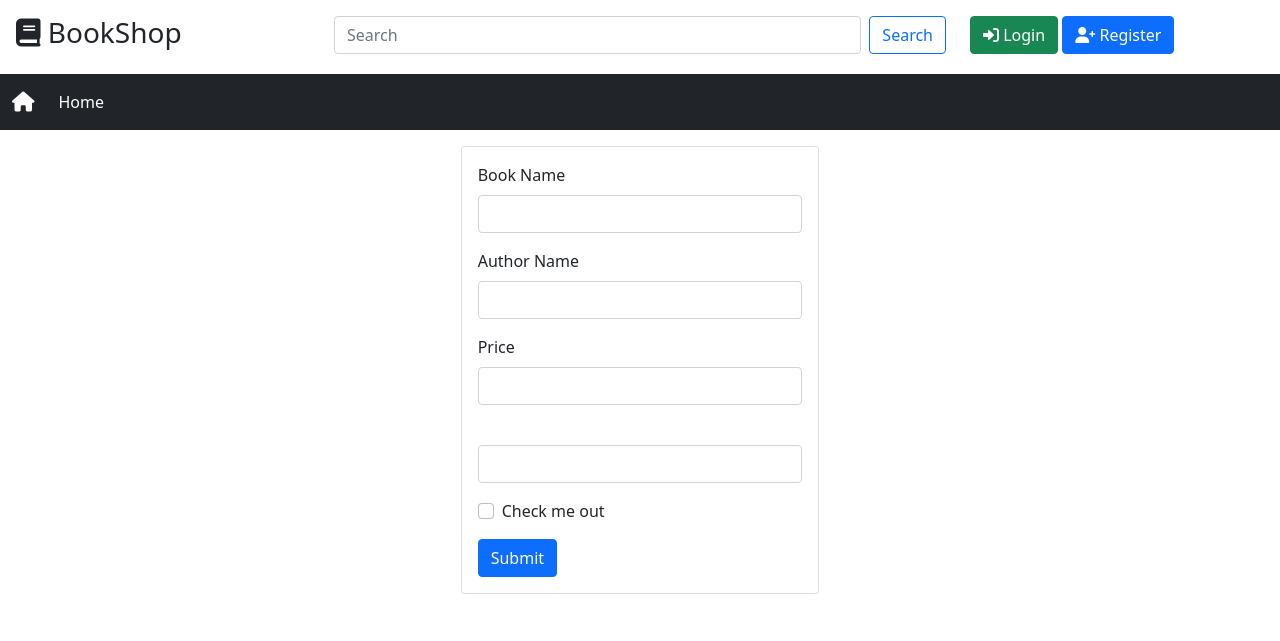
Repository: Abhishekverma23797/BookShopApp
Page: http://localhost/Ebook-App/Admin/add_books.jsp
These files come from the project's save history. The page is drawn as it stood at one moment and after the next save; the edit follows.
The browser window is 1280 px wide. The pictures show the whole page.
The page is served by Tomcat 9. Other server files are loaded and not shown.

Above is the page before, as saved 2021-12-09 09:32:22.

### Ebook-App/src/main/webapp/Admin/add_books.jsp
<%@ page language="java" contentType="text/html; charset=ISO-8859-1"
	pageEncoding="ISO-8859-1"%>
<!DOCTYPE html>
<html>
<head>
<meta charset="ISO-8859-1">
<title>Add Book</title>
<%@include file="AllCss.jsp"%>
</head>
<body>
	<%@include file="navbar.jsp"%>


	<div class="container p-2">
		<div class="row">
			<div class="col-md-4 offset-md-4">
				<div class="card mt-2">

					<div class="card-body">
						<form action="register" method="post">
							<div class="mb-3">
								<label for="exampleInputEmail1" class="form-label">Book Name</label>
								<input type="text" class="form-control" id="exampleInputEmail1"
									aria-describedby="emailHelp" required="required" name="bookname">

							</div>
							<div class="mb-3">
								<label for="exampleInputEmail1" class="form-label">Author Name</label> <input type="text" class="form-control"
									id="exampleInputEmail1" aria-describedby="emailHelp"
									required="required" name="author">

							</div>
							<div class="mb-3">
								<label for="exampleInputEmail1" class="form-label">Price</label>
								<input type="number" class="form-control"
									id="exampleInputEmail1" aria-describedby="emailHelp"
									required="required" name="price">

							</div>
							<div class="mb-3">
								<label for="exampleInputPassword1" class="form-label"></label>
								<input type="password" class="form-control"
									id="exampleInputPassword1" required="required" name="password">
							</div>
							<div class="mb-3 form-check">
								<input type="checkbox" class="form-check-input"
									id="exampleCheck1" name="check"> <label
									class="form-check-label" for="exampleCheck1">Check me
									out</label>
							</div>
							<button type="submit" class="btn btn-primary">Submit</button>
						</form>
					</div>
				</div>

			</div>
		</div>
	</div>
</body>
</html>

### Ebook-App/src/main/webapp/Admin/AllCss.jsp
<!-- CSS only -->
<link
	href="https://cdn.jsdelivr.net/npm/bootstrap@5.1.3/dist/css/bootstrap.min.css"
	rel="stylesheet"
	integrity="sha384-1BmE4kWBq78iYhFldvKuhfTAU6auU8tT94WrHftjDbrCEXSU1oBoqyl2QvZ6jIW3"
	crossorigin="anonymous">


<!-- JavaScript Bundle with Popper -->
<script
	src="https://cdn.jsdelivr.net/npm/bootstrap@5.1.3/dist/js/bootstrap.bundle.min.js"
	integrity="sha384-ka7Sk0Gln4gmtz2MlQnikT1wXgYsOg+OMhuP+IlRH9sENBO0LRn5q+8nbTov4+1p"
	crossorigin="anonymous"></script>


<link rel="stylesheet"
	href="https://cdnjs.cloudflare.com/ajax/libs/font-awesome/6.0.0-beta3/css/all.min.css"
	integrity="sha512-Fo3rlrZj/k7ujTnHg4CGR2D7kSs0v4LLanw2qksYuRlEzO+tcaEPQogQ0KaoGN26/zrn20ImR1DfuLWnOo7aBA=="
	crossorigin="anonymous" referrerpolicy="no-referrer" />

<link rel="stylesheet" href="style.css">

### Ebook-App/src/main/webapp/Admin/navbar.jsp

<div class="container-fluid p-3">


	<div class="row">

		<div class="col-md-3">

			<h3>

				<i class="fas fa-book"></i> BookShop
			</h3>
		</div>

		<div class="col-md-6">
			<form class="d-flex">
				<input class="form-control me-2 my-lg-0" type="search"
					placeholder="Search" aria-label="Search">
				<button class="btn btn-outline-primary" type="submit">Search</button>
			</form>
		</div>

		<div class="col-md-3">

			<a href="Login.jsp" class="btn btn-success "><i
				class="fas fa-sign-in-alt"></i> Login</a> <a href="Register.jsp"
				class="btn btn-primary"><i class="fas fa-user-plus"></i>
				Register</a>

		</div>

	</div>

</div>
<nav class="navbar navbar-expand-lg navbar-dark bg-dark bg-custom">
	<div class="container-fluid">
		<a class="navbar-brand" href="#"><i class="fas fa-home"></i></a>
		<button class="navbar-toggler" type="button" data-bs-toggle="collapse"
			data-bs-target="#navbarSupportedContent"
			aria-controls="navbarSupportedContent" aria-expanded="false"
			aria-label="Toggle navigation">
			<span class="navbar-toggler-icon"></span>
		</button>
		<div class="collapse navbar-collapse" id="navbarSupportedContent">
			<ul class="navbar-nav me-auto mb-2 mb-lg-0">
				<li class="nav-item"><a class="nav-link active"
					aria-current="page" href="#"> Home</a></li>

				</form>
		</div>
	</div>
</nav>

### Ebook-App/src/main/webapp/Admin/style.css

.bg-custom{

	background-color: #303f9f;
}

.navbar .nav-item:hover  {

	background-color: black;
	color: blue;
	border-radius: 20px

}

After the next save:
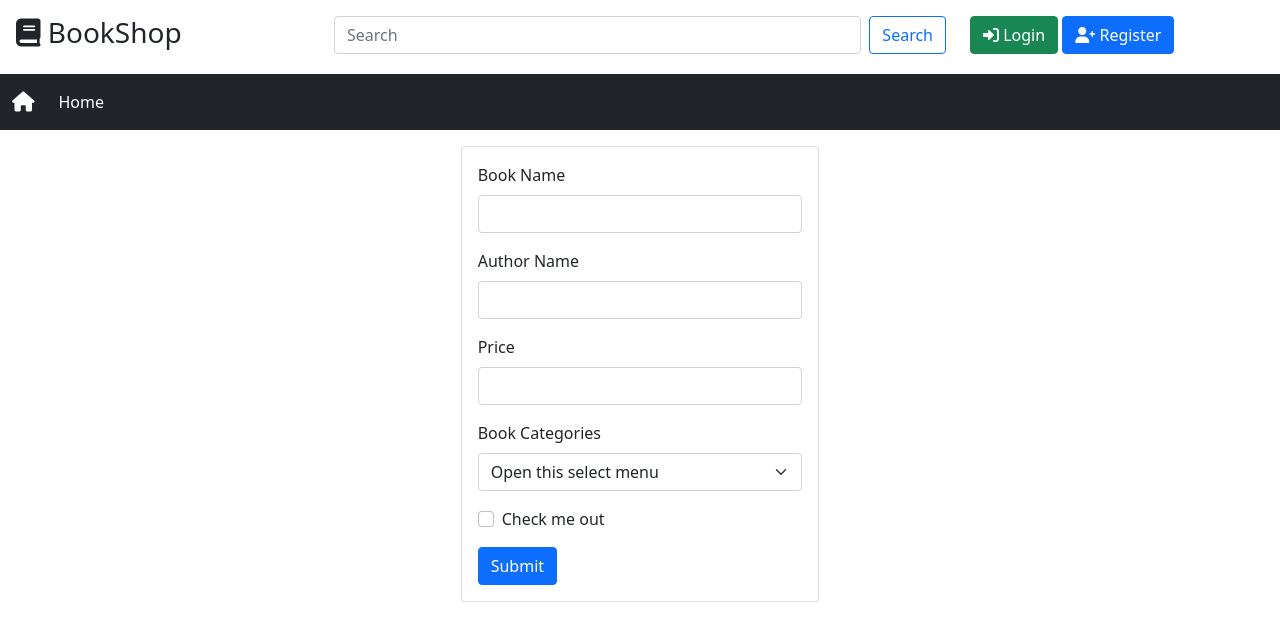
Saved 3 min 0 s later.
--- a/Ebook-App/src/main/webapp/Admin/add_books.jsp
+++ b/Ebook-App/src/main/webapp/Admin/add_books.jsp
@@ -19,13 +19,15 @@
 					<div class="card-body">
 						<form action="register" method="post">
 							<div class="mb-3">
-								<label for="exampleInputEmail1" class="form-label">Book Name</label>
-								<input type="text" class="form-control" id="exampleInputEmail1"
-									aria-describedby="emailHelp" required="required" name="bookname">
+								<label for="exampleInputEmail1" class="form-label">Book
+									Name</label> <input type="text" class="form-control"
+									id="exampleInputEmail1" aria-describedby="emailHelp"
+									required="required" name="bookname">
 
 							</div>
 							<div class="mb-3">
-								<label for="exampleInputEmail1" class="form-label">Author Name</label> <input type="text" class="form-control"
+								<label for="exampleInputEmail1" class="form-label">Author
+									Name</label> <input type="text" class="form-control"
 									id="exampleInputEmail1" aria-describedby="emailHelp"
 									required="required" name="author">
 
@@ -38,9 +40,14 @@
 
 							</div>
 							<div class="mb-3">
-								<label for="exampleInputPassword1" class="form-label"></label>
-								<input type="password" class="form-control"
-									id="exampleInputPassword1" required="required" name="password">
+								<label for="exampleInputPassword1" class="form-label">Book
+									Categories</label> <select class="form-select"
+									aria-label="Default select example">
+									<option selected>Open this select menu</option>
+									<option value="1">One</option>
+									<option value="2">Two</option>
+									<option value="3">Three</option>
+								</select>
 							</div>
 							<div class="mb-3 form-check">
 								<input type="checkbox" class="form-check-input"
